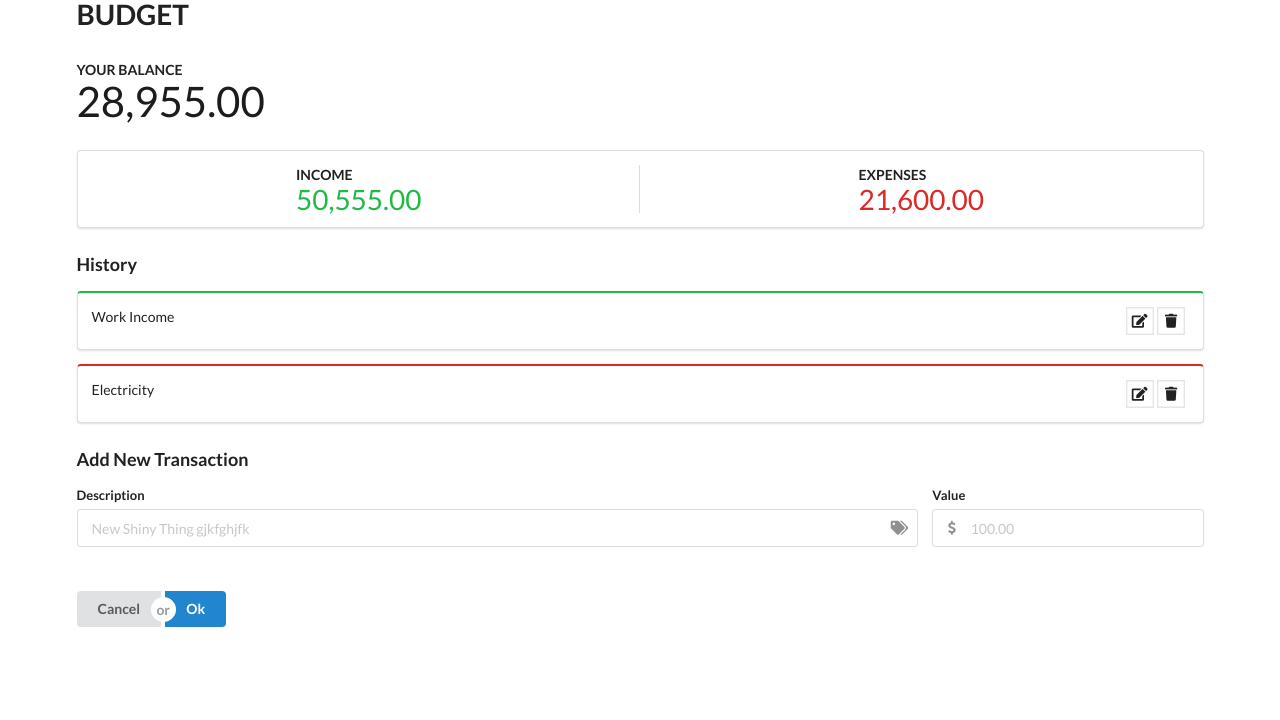
Repository: farrdy/budgets-react
Page: /
These files come from the project's save history. The page is drawn as it stood at one moment and after the next save; the edit follows.
The browser window is 1280 px wide. The pictures show the whole page.
The project was rebuilt for these pictures with package versions that can differ from the ones it lists, and the page was loaded fresh each time.

Above is the page before, as saved 2022-03-19 07:52:41.

After the next save:
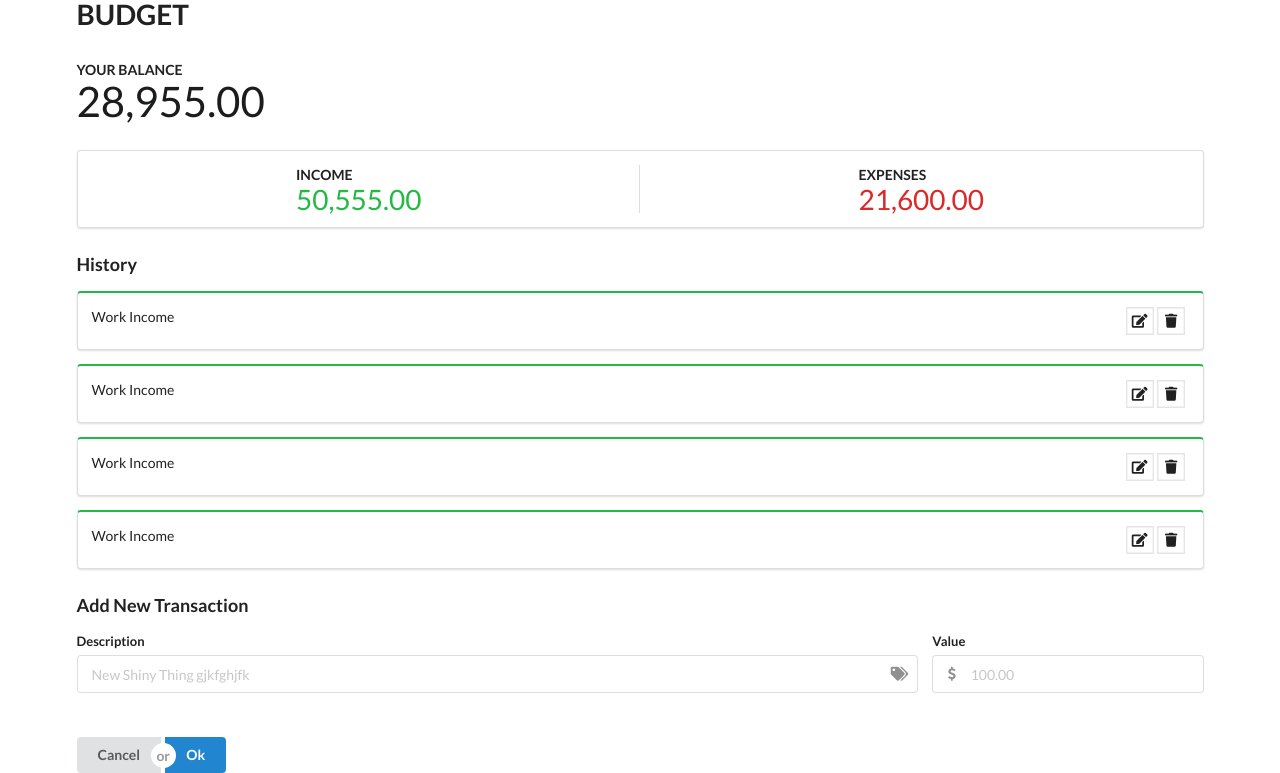
Saved 3 min 33 s later.
--- a/src/App.js
+++ b/src/App.js
@@ -15,8 +15,10 @@ function App() {
       <DisplayBalance title="Your Balance" Value="28,955.00" Color="black" size="small" />
       <DisplayBalances/>
       <Header as='h3'>History</Header>
-      <EntryLine Description={entries[0].Description} Value={entries[0].value} isExpense={entries[0].isExpense}/>
-      <EntryLine Description={entries[1].Description} Value={entries[1].value} isExpense={entries[1].isExpense}/>
+
+      {entries.map((entry)=><EntryLine Description={entries[0].Description} Value={entries[0].value} isExpense={entries[0].isExpense}/>)}
+
+
       <Header as='h3'>
         Add New Transaction
       </Header>
